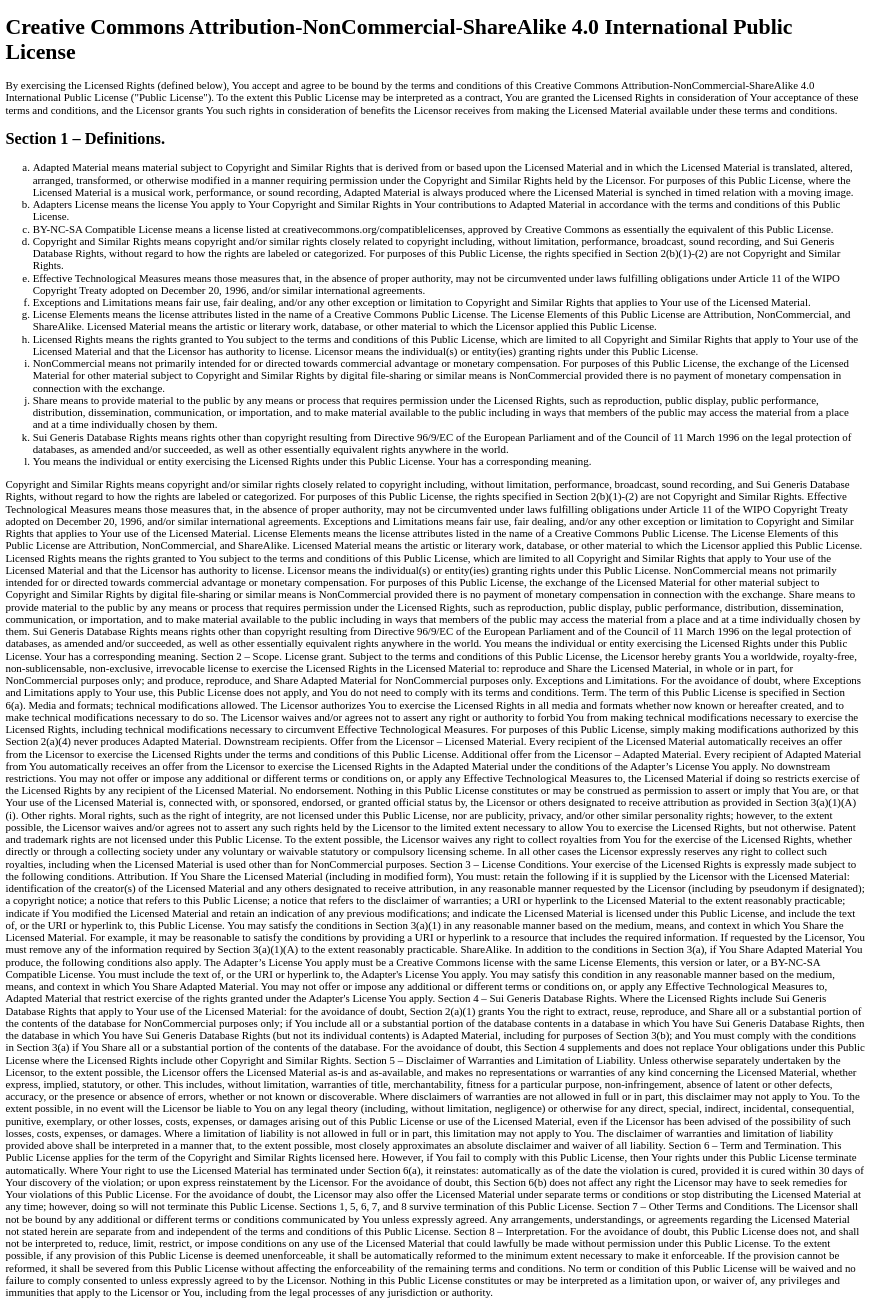
Repository: Team-Ikigami/Ascendance
Page: LICENSE-CC BY-NC-SA.html
These files come from the project's save history. The page is drawn as it stood at one moment and after the next save; the edit follows.
The browser window is 1280 px wide. The pictures show the whole page, at 68% of full size.

Above is the page before, as saved 2021-12-12 00:45:53.

After the next save:
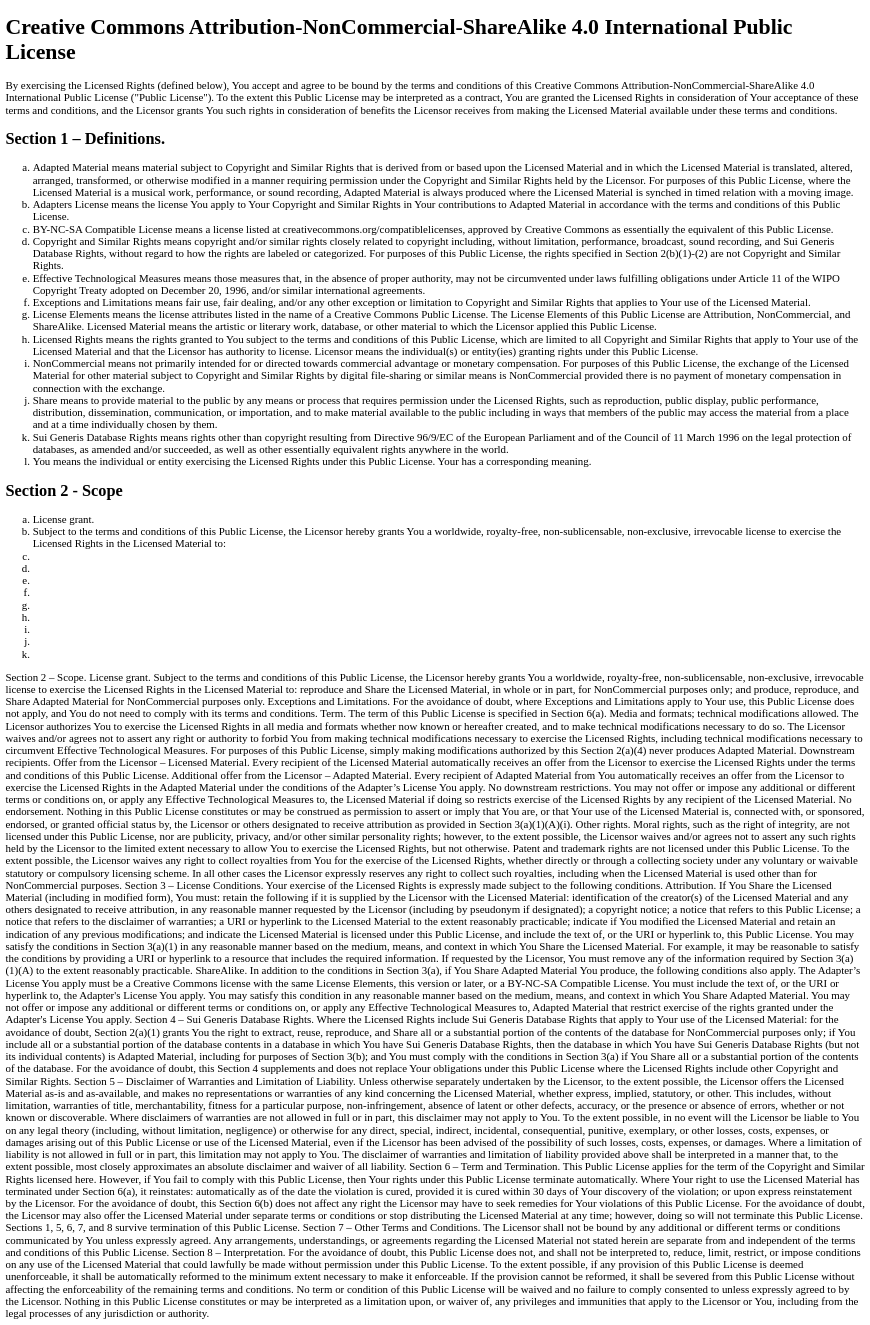
Saved 10 min 0 s later.
--- a/LICENSE-CC BY-NC-SA.html
+++ b/LICENSE-CC BY-NC-SA.html
@@ -56,20 +56,24 @@
 			You means the individual or entity exercising the Licensed Rights under this Public License. Your has a corresponding meaning.
 		</li>
 	</ol>
+	<h2>Section 2 - Scope</h2>
+	<ol>
+		<li>License grant.
+			<li>Subject to the terms and conditions of this Public License, the Licensor hereby grants You a worldwide, royalty-free, non-sublicensable, non-exclusive, irrevocable license to exercise the Licensed Rights in the Licensed Material to:</li>
+			<li></li>
+			<li></li>
+			<li></li>
+			<li></li>
+			<li></li>
+		</li>
+		<li>
+			<li></li>
+			<li></li>
+			<li></li>
+		</li>
+	</ol>
 </body>
 </html>
-
-	Copyright and Similar Rights means copyright and/or similar rights closely related to copyright including, without limitation, performance, broadcast, sound recording, and Sui Generis Database Rights, without regard to how the rights are labeled or categorized. For purposes of this Public License, the rights specified in Section 2(b)(1)-(2) are not Copyright and Similar Rights.
-	Effective Technological Measures means those measures that, in the absence of proper authority, may not be circumvented under laws fulfilling obligations under Article 11 of the WIPO Copyright Treaty adopted on December 20, 1996, and/or similar international agreements.
-	Exceptions and Limitations means fair use, fair dealing, and/or any other exception or limitation to Copyright and Similar Rights that applies to Your use of the Licensed Material.
-	License Elements means the license attributes listed in the name of a Creative Commons Public License. The License Elements of this Public License are Attribution, NonCommercial, and ShareAlike.
-	Licensed Material means the artistic or literary work, database, or other material to which the Licensor applied this Public License.
-	Licensed Rights means the rights granted to You subject to the terms and conditions of this Public License, which are limited to all Copyright and Similar Rights that apply to Your use of the Licensed Material and that the Licensor has authority to license.
-	Licensor means the individual(s) or entity(ies) granting rights under this Public License.
-	NonCommercial means not primarily intended for or directed towards commercial advantage or monetary compensation. For purposes of this Public License, the exchange of the Licensed Material for other material subject to Copyright and Similar Rights by digital file-sharing or similar means is NonCommercial provided there is no payment of monetary compensation in connection with the exchange.
-	Share means to provide material to the public by any means or process that requires permission under the Licensed Rights, such as reproduction, public display, public performance, distribution, dissemination, communication, or importation, and to make material available to the public including in ways that members of the public may access the material from a place and at a time individually chosen by them.
-	Sui Generis Database Rights means rights other than copyright resulting from Directive 96/9/EC of the European Parliament and of the Council of 11 March 1996 on the legal protection of databases, as amended and/or succeeded, as well as other essentially equivalent rights anywhere in the world.
-	You means the individual or entity exercising the Licensed Rights under this Public License. Your has a corresponding meaning.
 
 Section 2 – Scope.
 
